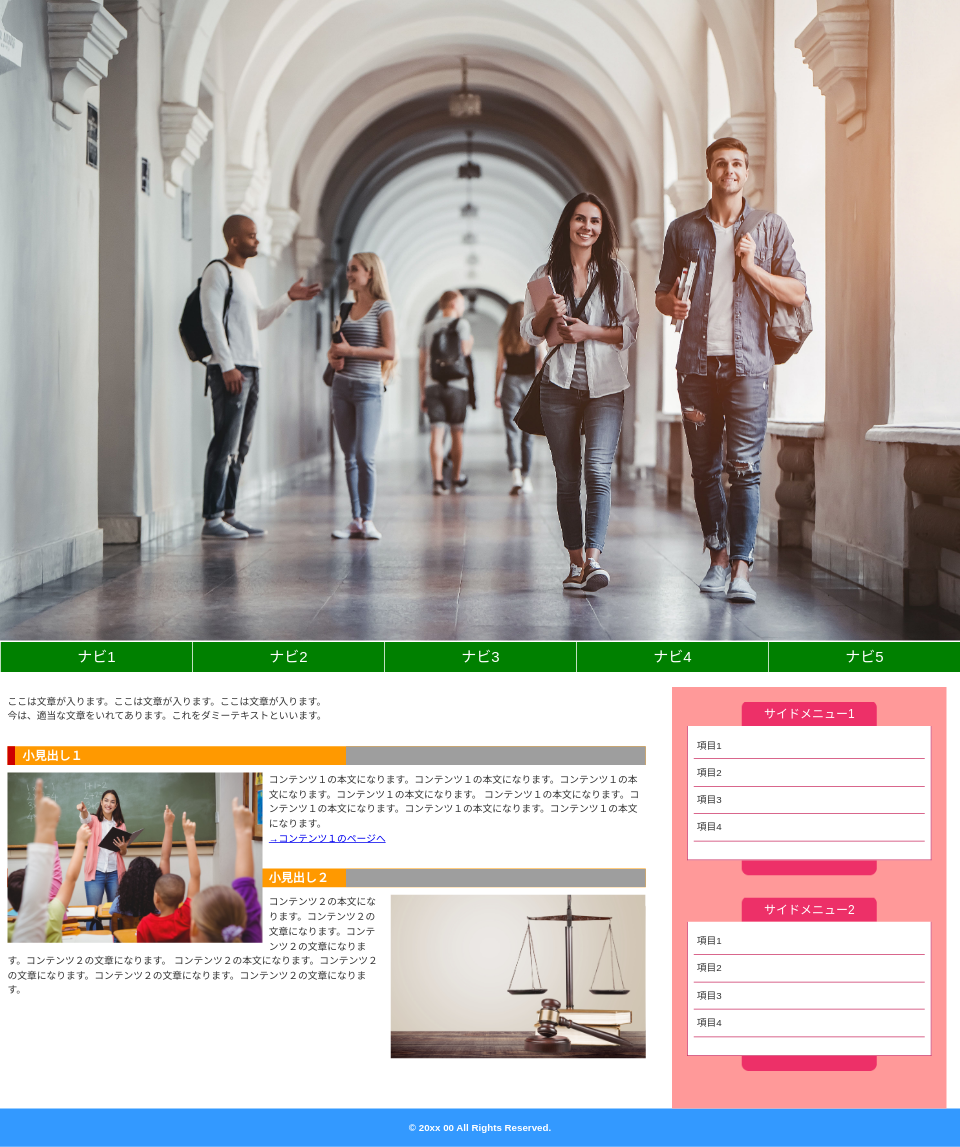
Repository: KanemotoWataru/samurai_HTML-CSS
Page: home.html
The author's editor kept a record of every edit. The page is drawn from the files as they stood at one moment, then again after the next edit.
The browser window is 1280 px wide. The pictures show the whole page, at 75% of full size.
Pictures or frames that could not be fetched are drawn as grey boxes.

Above is the page before.

After the next edit:
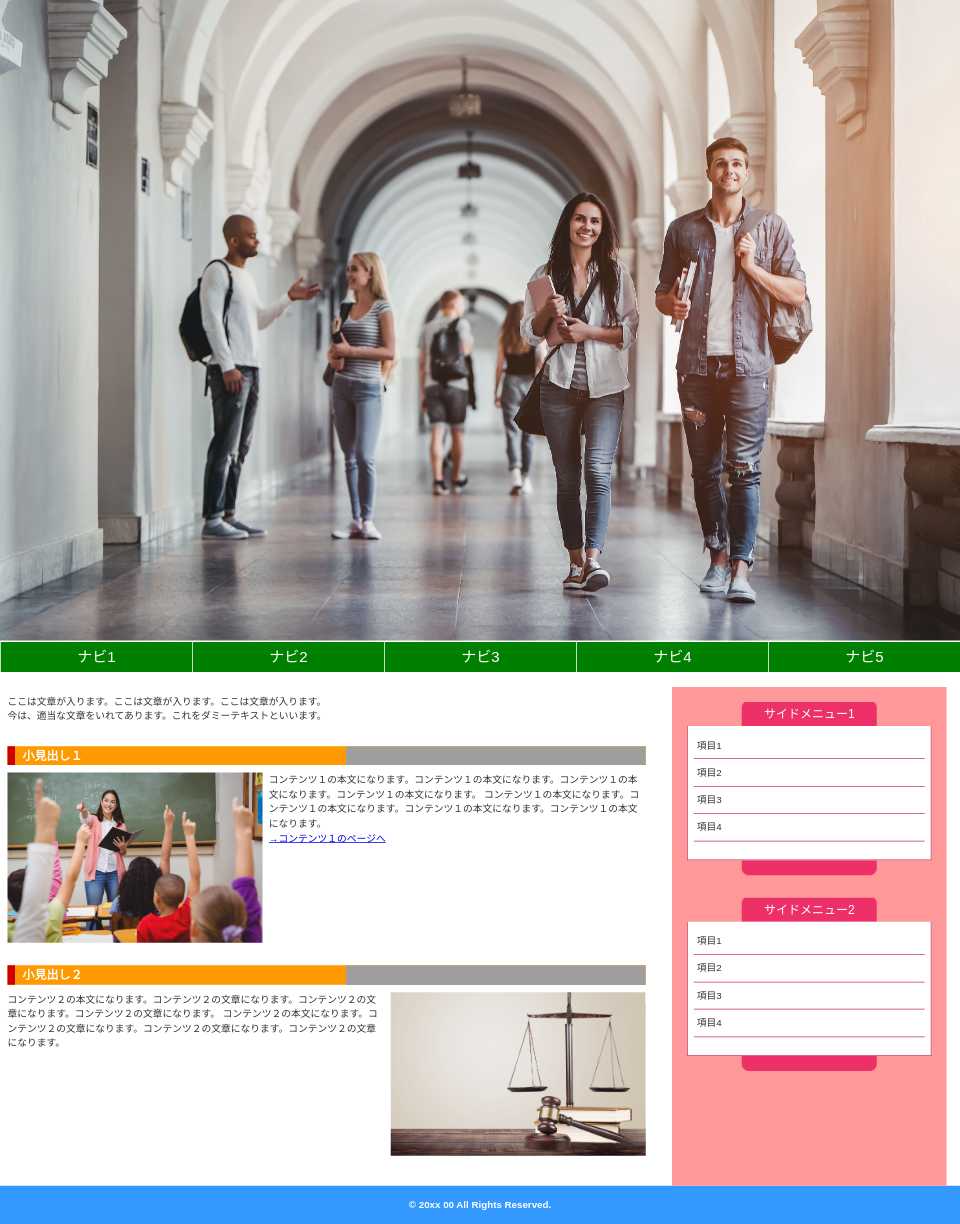
The edit:
--- a/stylesheet.css
+++ b/stylesheet.css
@@ -127,7 +127,7 @@
     zoom: 1;
 }
 .clearfix:after{
-    cotent: "";
+    content: "";
     display: block;
     clear: both;
 }
